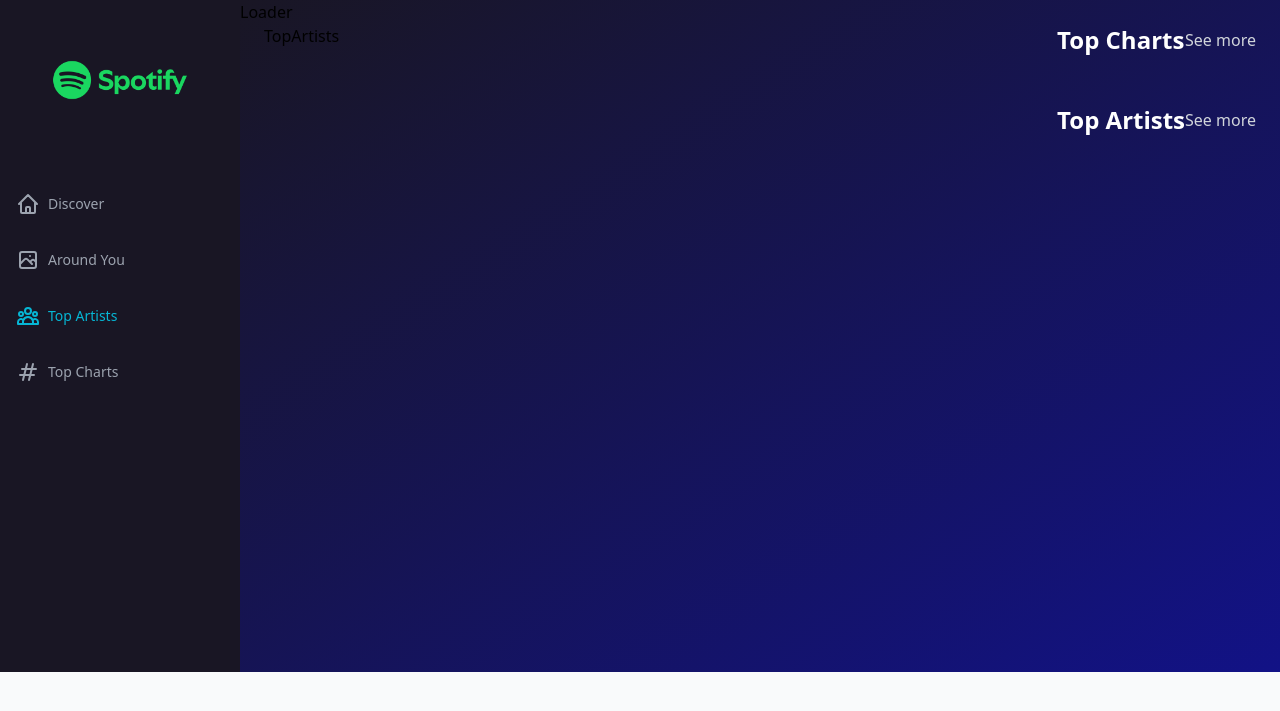
Repository: aakanshimalik/CeleBeats-SpotifyClone
Page: /top-artists
An editor plug-in stored every save of this project. The page is shown before and after the next save, followed by the edit.
The browser window is 1280 px wide. The pictures show the whole page.
The page's requests for data from a server got no answer. The project was rebuilt for these pictures with package versions that can differ from the ones it lists, and the page was loaded fresh each time. No one was signed in, and anything a server would have sent is missing. Also part of the build but not shown: vite.config.js, src/components/PlayPause.jsx, src/components/SongCard.jsx, src/components/ArtistCard.jsx, src/components/DetailsHeader.jsx, src/components/SongBar.jsx, src/components/RelatedSongs.jsx, src/components/MusicPlayer/Controls.jsx and 13 more.

Above is the page before, as saved 2025-07-03 16:37:23.

After the next save:
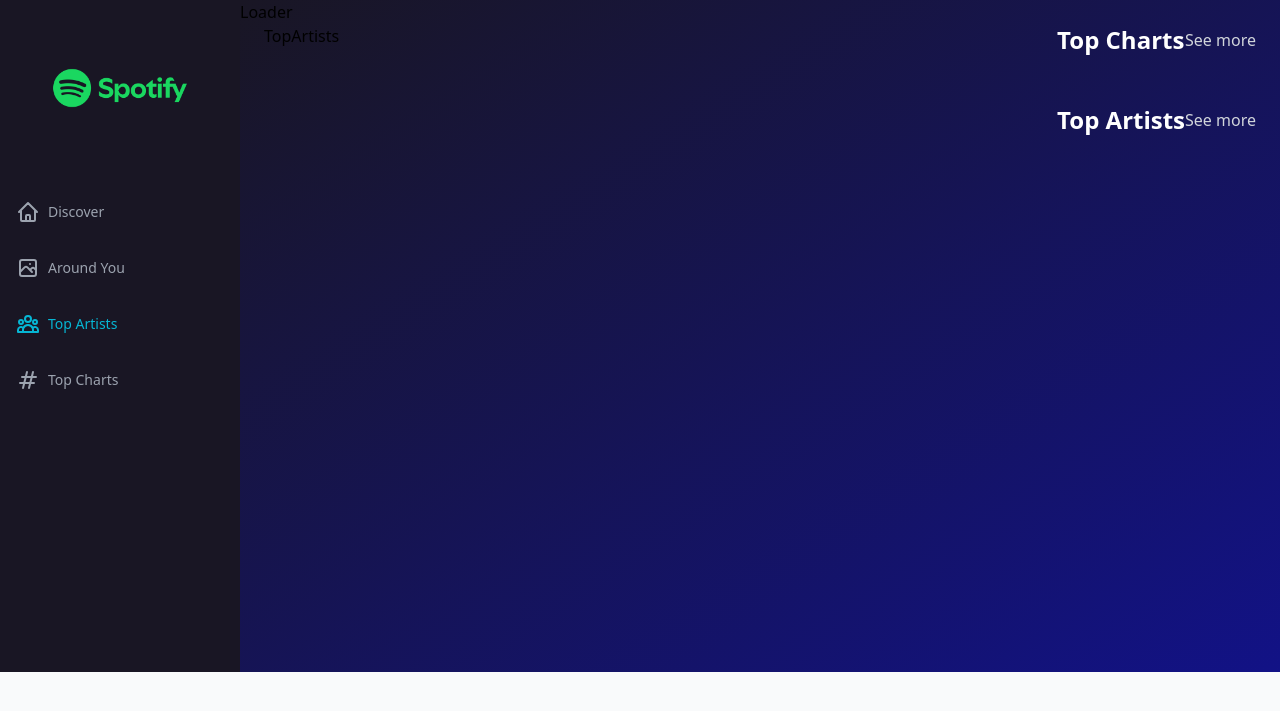
Saved 7 min 35 s later.
--- a/src/components/Sidebar.jsx
+++ b/src/components/Sidebar.jsx
@@ -36,7 +36,7 @@
    return (
     <>
       <div className='md:flex hidden flex-col w-[240px] py-10 px-4 bg-[#191624]'>
-        <img src={logo} alt='logo' className='w-full h-20 object-contain' />
+        <img src={logo} alt='logo' className='w-full h-20 object-contain mt-2' />
           <NavLinks />
       </div>
 

After the save that followed:
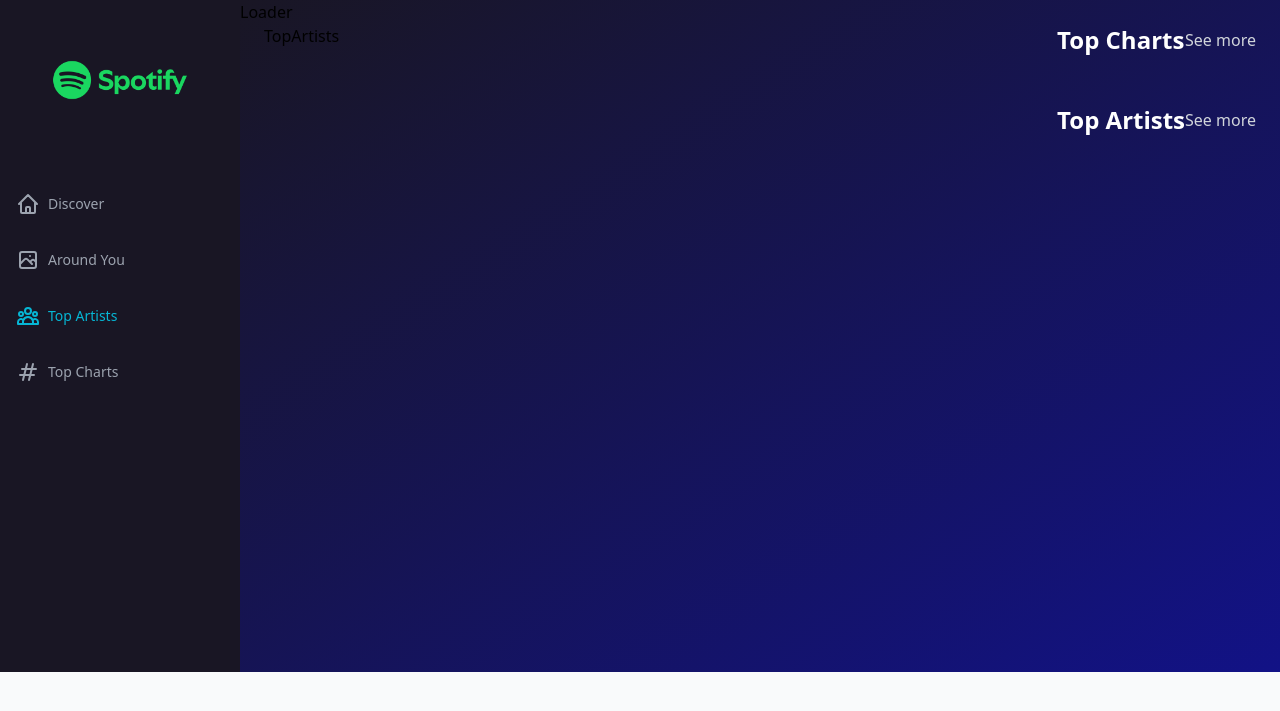
Saved 4 s later.
--- a/src/components/Sidebar.jsx
+++ b/src/components/Sidebar.jsx
@@ -36,7 +36,7 @@
    return (
     <>
       <div className='md:flex hidden flex-col w-[240px] py-10 px-4 bg-[#191624]'>
-        <img src={logo} alt='logo' className='w-full h-20 object-contain mt-2' />
+        <img src={logo} alt='logo' className='w-full h-20 object-contain mt-0' />
           <NavLinks />
       </div>
 
